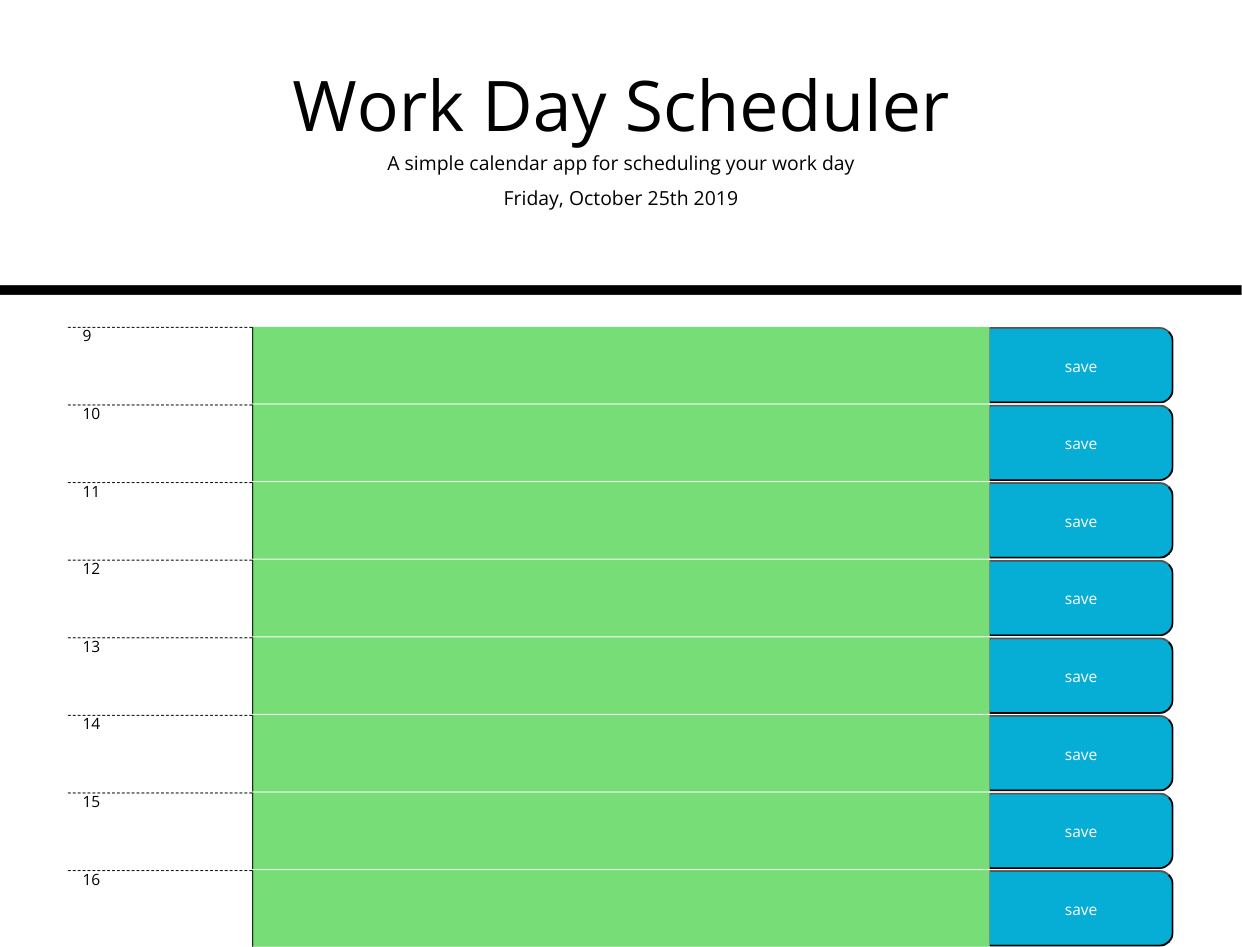
Repository: s88leigh/Day-Planner
Page: Develop/index.html
These files come from the project's save history. The page is drawn as it stood at one moment and after a run of saves; the edit follows.
The browser window is 1280 px wide. The pictures show the whole page, at 97% of full size.
Some web libraries are served in a nearby version.

Above is the page before, as saved 2019-10-26 22:23:12.

After the next 2 saves:
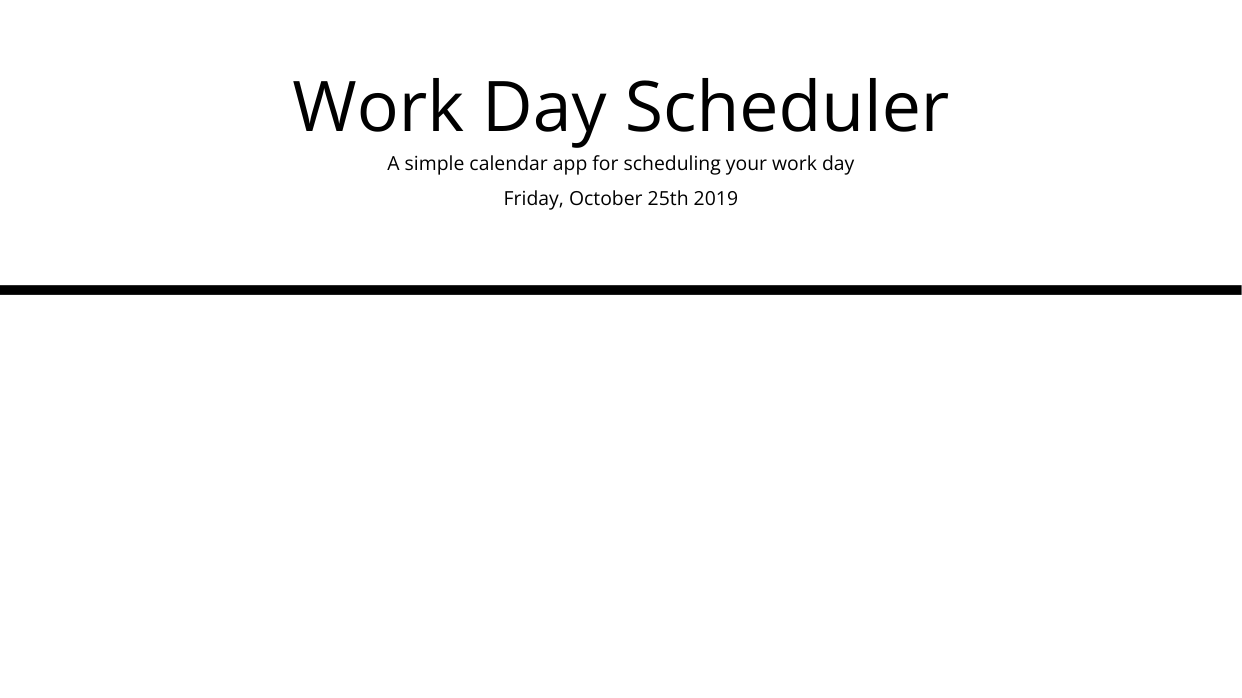
Console error: SyntaxError: Unexpected end of input
The 2 saves are shown as one change because they came seconds apart.
The last was saved 21 min 4 s later.
--- a/Develop/script.js
+++ b/Develop/script.js
@@ -33,6 +33,10 @@ $(".saveBtn").on("click", function(){
     });
 
     // var
+    // Get id of element clicked by user
+    $("#color-picker").click(function(event) {
+      userAnswer = event.target.id;
+
 
     // localStorage.setItem("mytime", Date.now());
 
